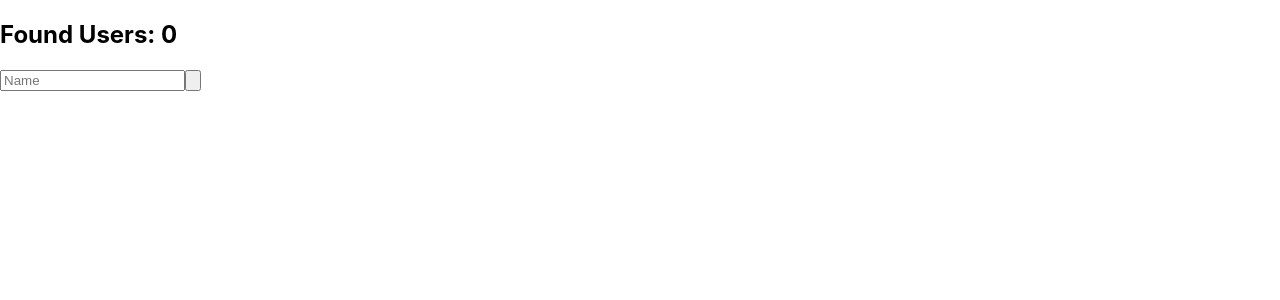
Repository: CoderStatn/NodeExpressFrontend
Page: /
An editor plug-in stored every save of this project. The page is shown before and after the next save, followed by the edit.
The browser window is 1280 px wide. The pictures show the whole page.
The page's requests for data from a server got no answer. The project was rebuilt for these pictures with package versions that can differ from the ones it lists, and the page was loaded fresh each time. No one was signed in, and anything a server would have sent is missing. Also part of the build but not shown: src/App.css.

Above is the page before, as saved 2021-11-03 04:42:05.

After the next save:
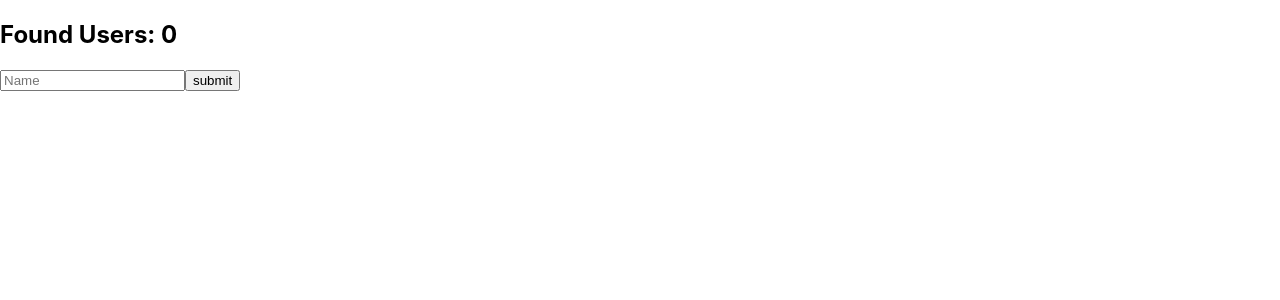
Saved 9 s later.
--- a/src/component/User/User.js
+++ b/src/component/User/User.js
@@ -13,7 +13,7 @@ const User = () => {
             <h2>Found Users: {users.length}</h2>
             <form>
                 <input type="text" placeholder='Name' />
-                <input type="submit" value="" />
+                <input type="submit" value="submit" />
             </form>
             <ul>
                 {
